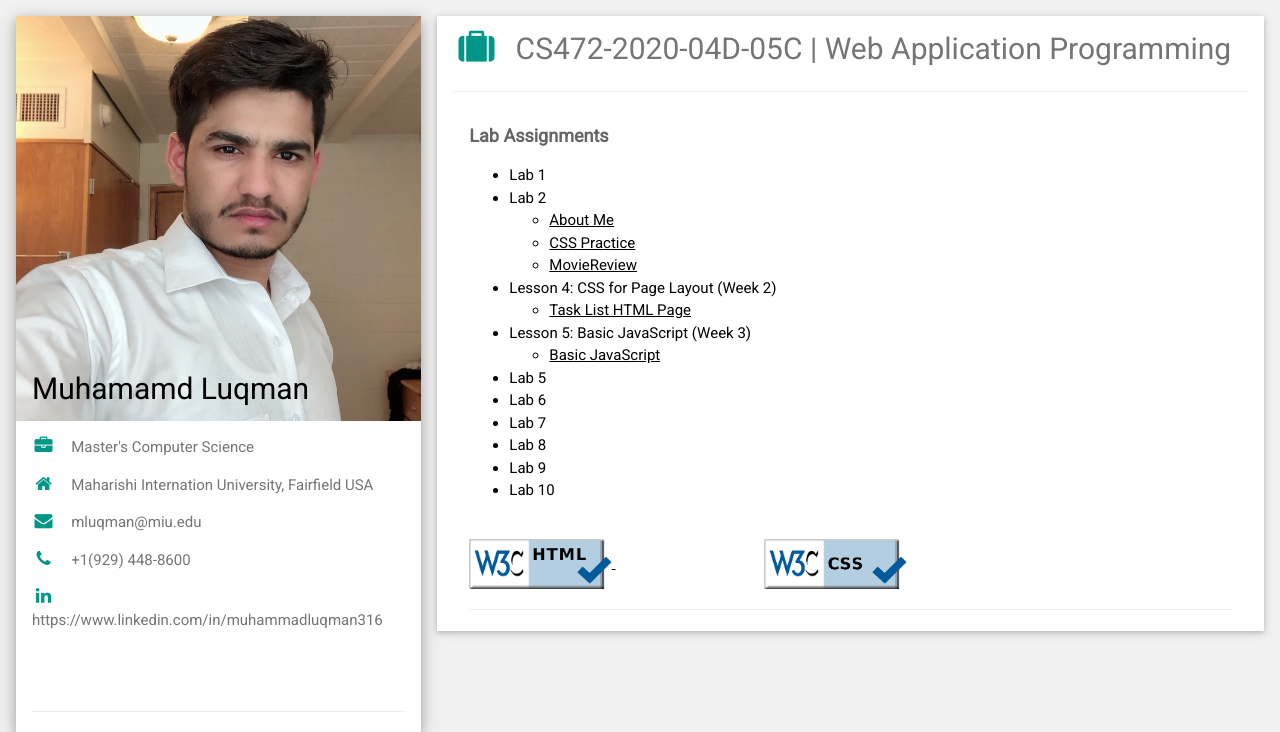
Repository: luqmang316/luqmang316.github.io
Page: index.html
An editor plug-in stored every save of this project. The page is shown before and after the next save, followed by the edit.
The browser window is 1280 px wide. The pictures show the whole page.

Above is the page before, as saved 2020-11-15 09:53:49.

### index.html
<!DOCTYPE html>
<html lang="en">
<title>Home</title>
<meta charset="UTF-8">
<meta name="viewport" content="width=device-width, initial-scale=1">
<link rel="stylesheet" href="https://www.w3schools.com/w3css/4/w3.css">
<link rel='stylesheet' href='https://fonts.googleapis.com/css?family=Roboto'>
<link rel="stylesheet" href="https://cdnjs.cloudflare.com/ajax/libs/font-awesome/4.7.0/css/font-awesome.min.css">
<style>
    html,
    body,
    h1,
    h2,
    h3,
    h4,
    h5,
    h6 {
        font-family: "Roboto", sans-serif
    }
</style>

<body class="w3-light-grey">

    <!-- Page Container -->
    <div class="w3-content w3-margin-top" style="max-width:1400px;">

        <!-- The Grid -->
        <div class="w3-row-padding">

            <!-- Left Column -->
            <div class="w3-third">

                <div class="w3-white w3-text-grey w3-card-4">
                    <div class="w3-display-container">
                        <img src="./images/luqman.jpg" style="width:100%" alt="Avatar">
                        <div class="w3-display-bottomleft w3-container w3-text-black">
                            <h2>Muhamamd Luqman</h2>
                        </div>

                    </div>
                    <div class="w3-container">
                        <p><i class="fa fa-briefcase fa-fw w3-margin-right w3-large w3-text-teal"></i>Master's Computer Science</p>
                        <p><i class="fa fa-home fa-fw w3-margin-right w3-large w3-text-teal"></i>Maharishi Internation University, Fairfield USA</p>
                        <p><i class="fa fa-envelope fa-fw w3-margin-right w3-large w3-text-teal"></i>mluqman@miu.edu</p>
                        <p><i class="fa fa-phone fa-fw w3-margin-right w3-large w3-text-teal"></i>+1(929) 448-8600</p>
                        <p><i class="fa fa-linkedin fa-fw w3-margin-right w3-large w3-text-teal"></i>https://www.linkedin.com/in/muhammadluqman316</p>
                        <br>
                        <br>
                        <hr>
                    </div>
                </div>

                <!-- End Left Column -->
            </div>

            <!-- Right Column -->
            <div class="w3-twothird">

                <div class="w3-container w3-card w3-white w3-margin-bottom">
                    <h2 class="w3-text-grey w3-padding-12"><i class="fa fa-suitcase fa-fw w3-margin-right w3-xxlarge w3-text-teal"></i>CS472-2020-04D-05C | Web Application Programming</h2>
                    <hr>

                    <div class="w3-container">
                        <h5 class="w3-opacity"><b>Lab Assignments</b></h5>

                        <ul class="menu">
                            <li> Lab 1 </li>
                            <li> Lab 2

                                <ul class="inside">
                                    <li> <a href="aboutme.html">About Me</a></li>
                                    <li> <a href="CSSPractice/index.html">CSS Practice</a></li>
                                    <li> <a href="MovieReview/tmnt.html">MovieReview </a></li>
                                </ul>

                            </li>
                            <li>Lesson 4: CSS for Page Layout (Week 2)

                                <ul class="inside">
                                    <li> <a href="Tasklist/tasklist.html">Task List HTML Page</a></li>
                                </ul>

                            </li>
                            <li>Lesson 5: Basic JavaScript (Week 3)
                                <ul class="inside">
                                    <li> <a href="BasicJavaScript/BasicJavaScript.html">Basic JavaScript</a></li>
                                </ul>
                            </li>
                            <li>Lab 5</li>
                            <li>Lab 6</li>
                            <li>Lab 7</li>
                            <li>Lab 8</li>
                            <li>Lab 9</li>
                            <li>Lab 10</li>
                        </ul>
                        <br>

                        <i class="w3-hover-opacity">
            <a href="https://validator.w3.org/check/referer">
              <img src="./images/w3chtmlvalidlogo.png" alt="W3C HTML Validator" height="50">
            </a>
            </i>
                        <i> &nbsp; &nbsp; &nbsp; &nbsp; &nbsp; &nbsp; &nbsp; &nbsp; &nbsp; &nbsp;   &nbsp; &nbsp; &nbsp; &nbsp; &nbsp; &nbsp; &nbsp; &nbsp; &nbsp; &nbsp; </i>
                        <i class="w3-hover-opacity">
            <a href="https://jigsaw.w3.org/css-validator/check/referer">
              <img src="./images/w3ccssvalidlogo.png" alt="W3C HTML Validator" height="50">
            </a>
           </i>

                        <br>
                        <hr>
                    </div>


                </div>


                <!-- End Right Column -->
            </div>

            <!-- End Grid -->
        </div>

        <!-- End Page Container -->
    </div>





</body>

</html>

After the next save:
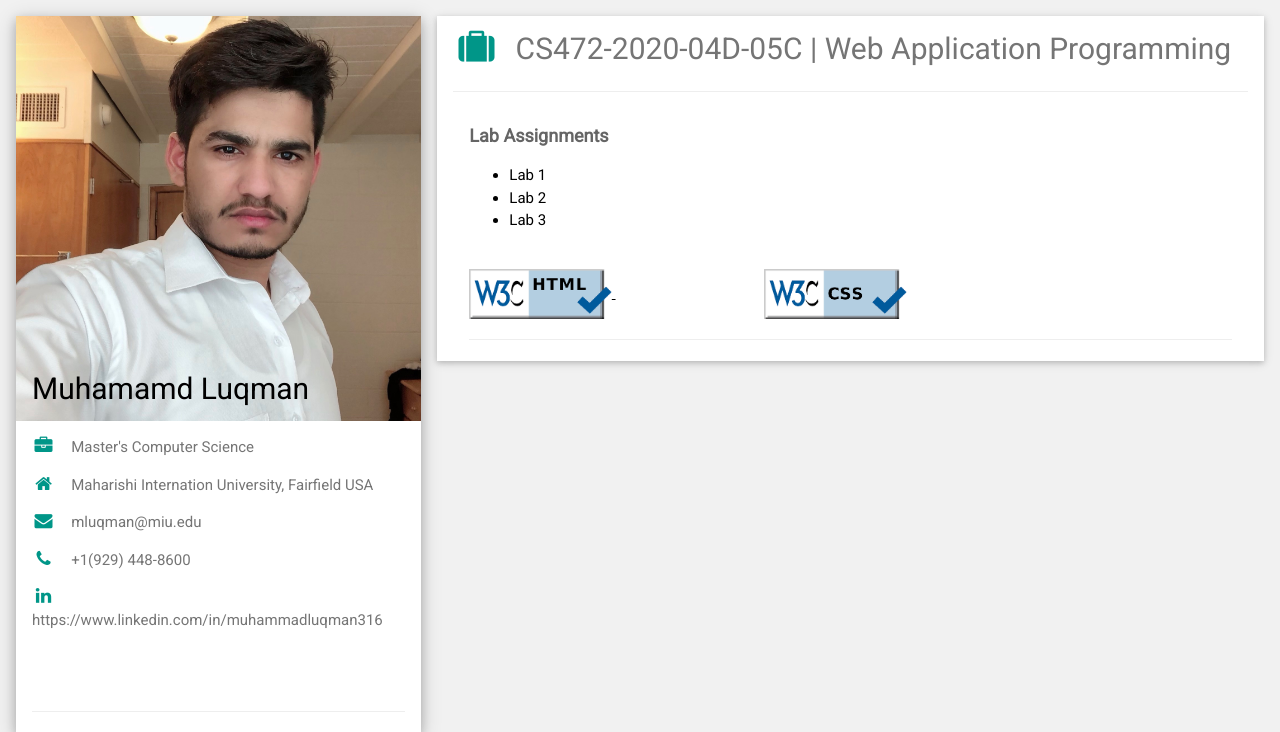
Saved 224 days later.
--- a/index.html
+++ b/index.html
@@ -65,6 +65,9 @@
 
                         <ul class="menu">
                             <li> Lab 1 </li>
+                            <li> Lab 2 </li>
+                            <li> Lab 3 </li>
+                            <!--
                             <li> Lab 2
 
                                 <ul class="inside">
@@ -86,12 +89,31 @@
                                     <li> <a href="BasicJavaScript/BasicJavaScript.html">Basic JavaScript</a></li>
                                 </ul>
                             </li>
-                            <li>Lab 5</li>
-                            <li>Lab 6</li>
-                            <li>Lab 7</li>
-                            <li>Lab 8</li>
+
+                            <li>Lesson 6: Scope, closures and encapsulation
+                                <ul class="inside">
+                                    <li> <a href="ScopeClosuresEncapsulation/ScopeClosuresEncapsulation.html">Scope, closures and encapsulation</a></li>
+                                </ul>
+
+                            </li>
+
+                            <li>Lesson 7: (Objects, Modules, Inheritance) ASCII Animation
+                                <ul class="inside">
+                                    <li> <a href="ReImplementLab5/ReImplementLab5.html">Re-implement the Lab 5</a></li>
+                                    <li> <a href="ASCIImation_files/ASCIImation.html">Implement the ASCIIanimation.</a></li>
+                                </ul>
+
+                            </li>
+
+                            <li>LECTURE9: DOM, JQUERY (Maze)
+                                <ul class="inside">
+                                    <li> <a href="MazeGame/Maze.html">Maze Game</a></li>
+                                </ul>
+
+                            </li>
+
                             <li>Lab 9</li>
-                            <li>Lab 10</li>
+                            <li>Lab 10</li> -->
                         </ul>
                         <br>
 
